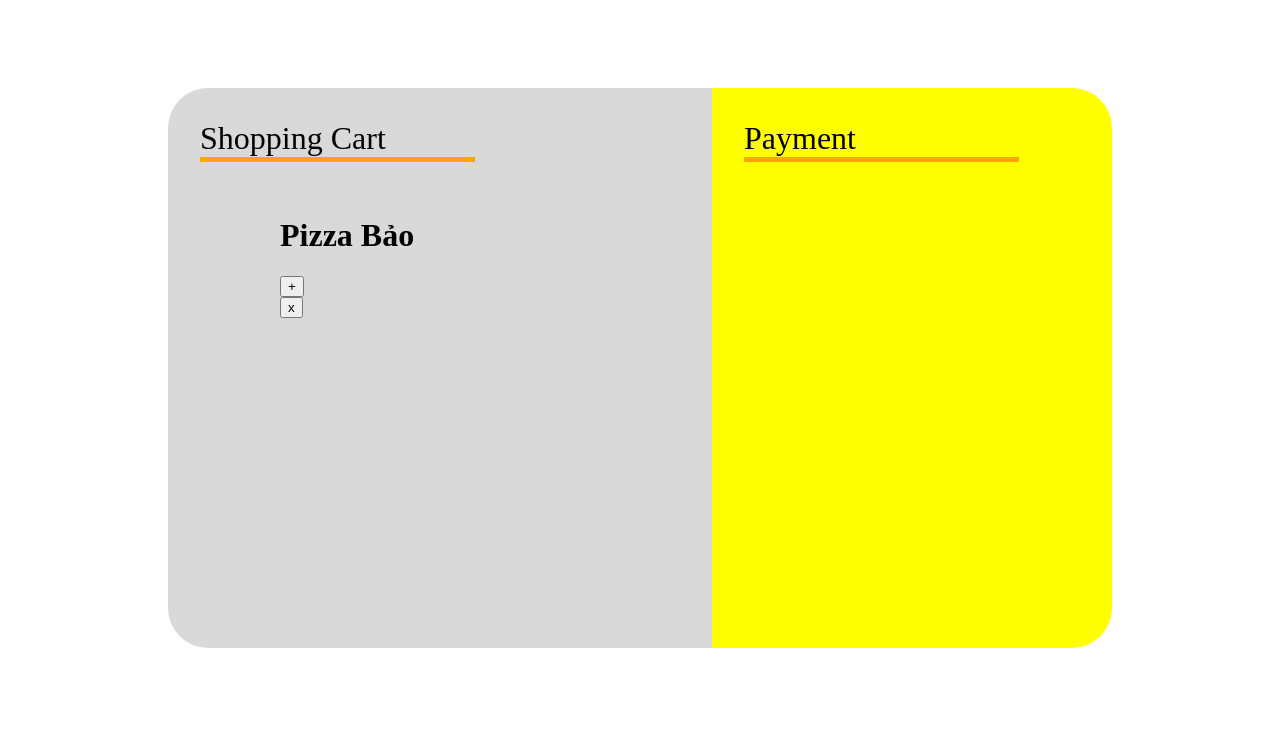
Repository: NDBaoFE/pizza-ordering-hiep
Page: /checkout
An editor plug-in stored every save of this project. The page is shown before and after the next save, followed by the edit.
The browser window is 1280 px wide. The pictures show the whole page.
The project was rebuilt for these pictures with package versions that can differ from the ones it lists, and the page was loaded fresh each time.

Above is the page before, as saved 2022-08-27 22:04:56.

### public/index.html
<!DOCTYPE html>
<html lang="en">
  <head>
    <meta charset="utf-8" />
    <link rel="icon" href="%PUBLIC_URL%/avatar.png" />
    <meta name="viewport" content="width=device-width, initial-scale=1" />
    <meta name="theme-color" content="#000000" />
    <link rel="apple-touch-icon" href="%PUBLIC_URL%/avatar.png" />
    <title>Pizza Ordering</title>
  </head>
  <body>
    <noscript>You need to enable JavaScript to run this app.</noscript>
    <div id="root"></div>
  </body>
</html>

### src/App.js
import RouterComponent from './router'

function App() {
  return <>{RouterComponent}</>
}

export default App

### src/router/index.js
import { BrowserRouter, Routes, Route } from 'react-router-dom'
import Checkout from '../pages/Checkout'

const privateRoutes = [{ name: 'checkout', path: '/checkout', element: <Checkout /> }]

const RouterComponent = (
  <BrowserRouter>
    <Routes>
      {privateRoutes.map((route) => (
        <Route key={route.name} path={route.path} element={route.element} />
      ))}
    </Routes>
  </BrowserRouter>
)

export default RouterComponent

### src/pages/Checkout/index.jsx
import React from 'react'
import * as Styled from './Checkout.styled'

const Checkout = (props) => {
  return (
    <Styled.Background>
      <Styled.Cart>
        <Styled.Header>Shopping Cart</Styled.Header>
        <Styled.List>
          <Styled.Item>
            <Styled.Image />
            <Styled.Info>
              <Styled.PizzaName>Pizza Bảo</Styled.PizzaName>
              <Styled.Button>
                <Styled.IncreaseBtn>+</Styled.IncreaseBtn>
              </Styled.Button>
            </Styled.Info>
            <Styled.Price></Styled.Price>
            <Styled.CloseButton>x</Styled.CloseButton>
          </Styled.Item>
        </Styled.List>
      </Styled.Cart>
      <Styled.Payment>
        <Styled.Header>Payment</Styled.Header>
      </Styled.Payment>
    </Styled.Background>
  )
}

Checkout.propTypes = {}

export default Checkout

### src/pages/Checkout/Checkout.styled.js
import styled from 'styled-components'

export const Background = styled.div`
  box-sizing: border-box;
  width: 100%;
  height: 100vh;
  padding: 5rem 10rem;
  display: flex;
  overflow-y: hidden;
`
export const Cart = styled.div`
  padding: 2rem;
  display: block;
  background-color: #d9d9d9;
  flex: 1;
  border-top-left-radius: 40px;
  border-bottom-left-radius: 40px;
`
export const Payment = styled.div`
  box-sizing: border-box;
  padding: 2rem;
  min-width: 400px;
  background-color: yellow;
  border-top-right-radius: 40px;
  border-bottom-right-radius: 40px;
`

export const Header = styled.header`
  font-size: 2rem;

  &::after {
    content: '';
    display: block;
    width: 275px;
    height: 5px;
    background-color: orange;
  }
`

export const List = styled.ul`
  list-style: none;
`

export const Item = styled.ul``

export const Image = styled.img``
export const Info = styled.div``
export const PizzaName = styled.h1``
export const Button = styled.div``
export const IncreaseBtn = styled.button``
export const Price = styled.span``
export const CloseButton = styled.button``

Loaded but not shown: src/index.js (common file)

After the next save:
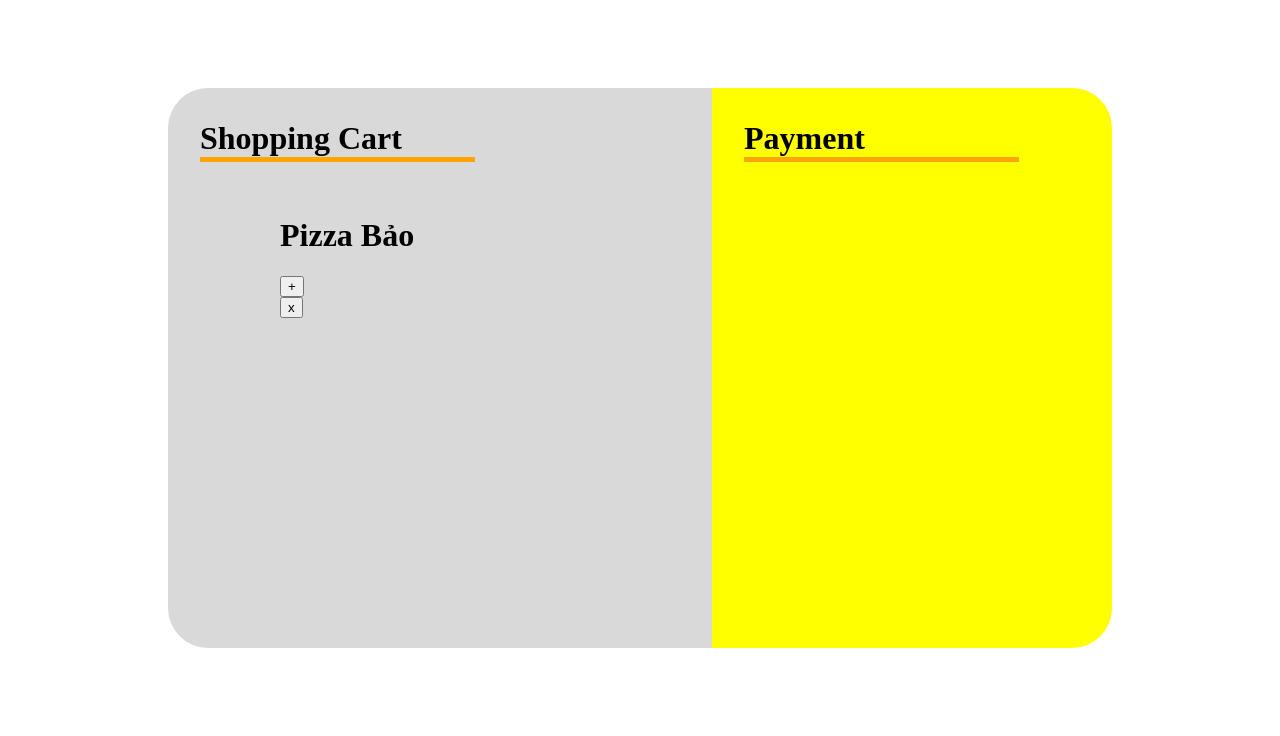
Saved 8 s later.
--- a/src/pages/Checkout/Checkout.styled.js
+++ b/src/pages/Checkout/Checkout.styled.js
@@ -27,6 +27,7 @@ export const Payment = styled.div`
 
 export const Header = styled.header`
   font-size: 2rem;
+  font-weight: 700;
 
   &::after {
     content: '';
